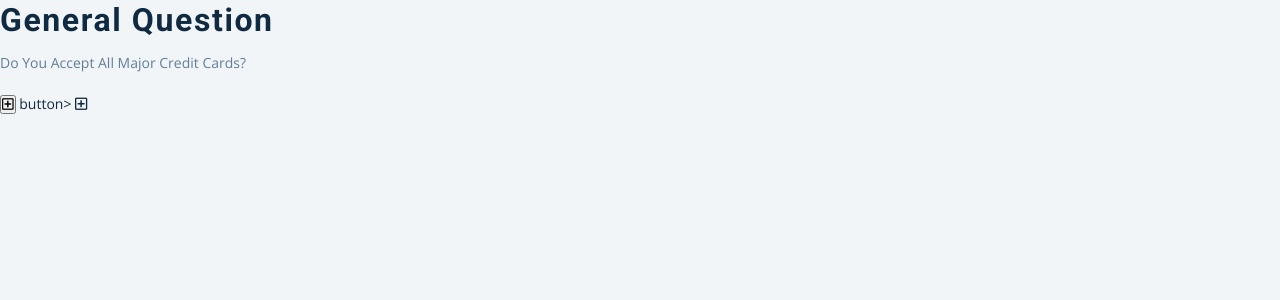
Repository: OmniaRafat232111121/projects-js
Page: questions/index.html
The author's editor kept a copy of each file at every save. The page is drawn from the files as they stood at one save, then again after a run of saves.
The browser window is 1280 px wide. The pictures show the whole page.
Some web libraries are served in a nearby version.

Above is the page before, as saved 2023-01-02 22:03:43.

After the next 2 saves:
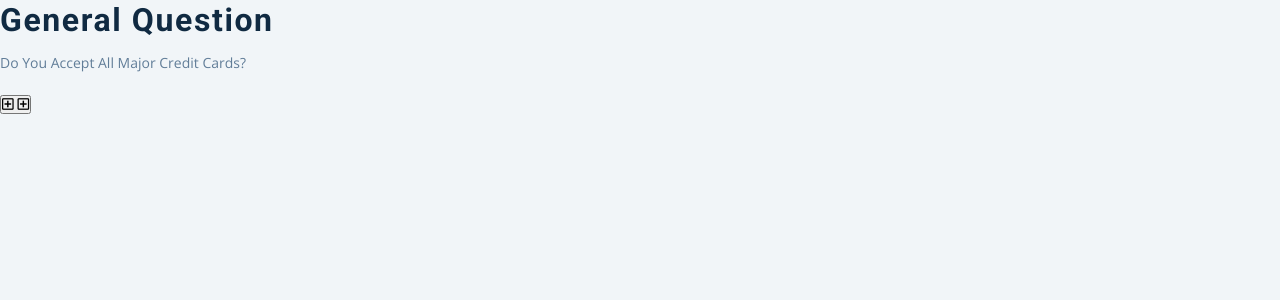
The 2 saves are shown as one change because they came seconds apart.
The last was saved 18 s later.
--- a/questions/index.html
+++ b/questions/index.html
@@ -28,8 +28,8 @@
           <span class="plus-icon">
            <i class="far fa-plus-square"></i>
           </span>
-         </button>
-         button>
+
+
          <span class="minus-icon">
            <i class="far fa-plus-square"></i>
           </span>
